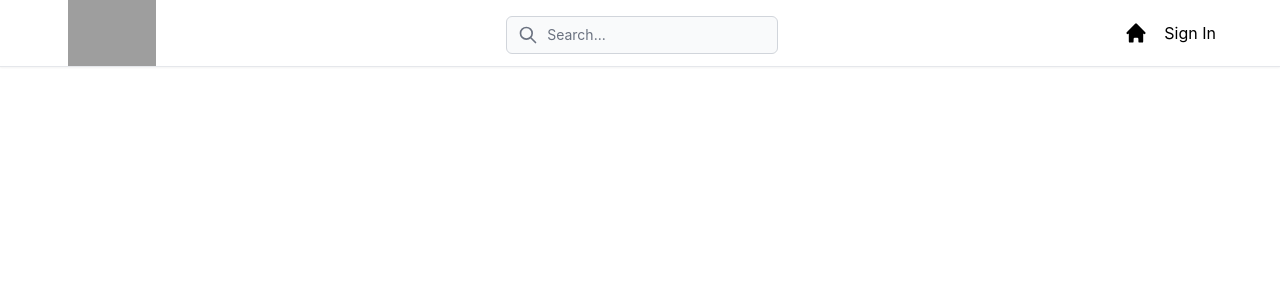
Repository: Uu20/webp
Page: /auth/profile (app in final/)
An editor plug-in stored every save of this project. The page is shown before and after the next save, followed by the edit.
The browser window is 1280 px wide. The pictures show the whole page.
Pictures or frames that could not be fetched are drawn as grey boxes. The page's requests for data from a server got no answer. The project was rebuilt for these pictures with package versions that can differ from the ones it lists, and the page was loaded fresh each time. The framework's server and built-in components were replaced by stand-ins that run in the browser. No one was signed in, and anything a server would have sent is missing. Also part of the build but not shown: final/next.config.js.

Above is the page before, as saved 2022-06-22 14:06:34.

### final/pages/_app.js
import "../styles/globals.css";
import { SessionProvider } from "next-auth/react";
import { RecoilRoot } from "recoil";


function MyApp({ Component, pageProps: { session, ...pageProps } }) {
  return (
    <SessionProvider session={session}>
      <RecoilRoot>
        <Component {...pageProps} />
      </RecoilRoot>
    </SessionProvider>
  );
}

export default MyApp;

### final/pages/auth/profile.js
import { useSession } from "next-auth/react";
import React, { useState } from "react";
import Header from "../../components/Header";

function Profile() {
  const { data: session } = useSession();

  console.log(session);

  return (
    <>
      <Header />
      <div className="relative mt-1 p-3 rounded-md">
        <img className="rounded-full" src={session?.user?.image} alt="" />
        <div className="items-center">
          <h2 className="font-bold text-lg">{session?.user?.username}</h2>
          <h3 className="text-sm text-gray-400">{session?.user?.email}</h3>
        </div>
      </div>
      <div className="items-center">
        <div className=" p-3">
          {/* <p>0 followers</p>
          <p>0 following</p> */}
        </div>
      </div>
    </>
  );
}

export default Profile;

### final/styles/globals.css
@tailwind base;
@tailwind components;
@tailwind utilities;

html,
body {
  padding: 0;
  margin: 0;
  font-family: -apple-system, BlinkMacSystemFont, Segoe UI, Roboto, Oxygen,
    Ubuntu, Cantarell, Fira Sans, Droid Sans, Helvetica Neue, sans-serif;
}

a {
  color: inherit;
  text-decoration: none;
}

* {
  box-sizing: border-box;
}

@layer components{
  .navBtn{
    @apply hidden h-6 md:inline-flex
    cursor-pointer hover:scale-125
    transition-all duration-150 ease-out;
  }

  .btn{
    @apply h-7 hover:scale-125 cursor-pointer
    transition-all duration-150 ease-out;
  }
}

### final/components/Header.js
import React from "react";
import Image from "next/image";
import {
  SearchIcon,
  PlusCircleIcon,
  UserGroupIcon,
  HeartIcon,
  PaperAirplaneIcon,
  MenuIcon,
} from "@heroicons/react/outline";
import { HomeIcon } from "@heroicons/react/solid";
import { useSession } from "next-auth/react";
import { signIn } from "next-auth/react";
import { useRouter } from "next/router";
import { useRecoilState } from "recoil";
import { modalState } from "../atoms/modalAtoms";

function Header() {
  const { data: session } = useSession();
  const [open, setOpen] = useRecoilState(modalState);
  const router = useRouter();

  return (
    <div className="shadow-sm border-b bg-white sticky top-0 z-50">
      <div
        onClick={() => router.push("/")}
        className="flex justify-between max-w-6xl mx-5 lg:mx-auto"
      >
        {/* Left */}
        <div
          className="relative hidden lg:inline-grid w-24
        cursor-pointer"
        >
          <Image
            src="https://links.papareact.com/ocw"
            layout="fill"
            objectFit="contain"
          />
        </div>

        <div
          onClick={() => router.push("/")}
          className="relative w-10 lg:hidden flex-shrink-0
        cursor-pointer"
        >
          <Image
            src="https://links.papareact.com/jjm"
            layout="fill"
            objectFit="contain"
          />
        </div>
        {/* Middle Search input field */}
        <div className="max-w-xs">
          <div className="relative mt-1 p-3 rounded-md">
            <div
              className="absolute inset-y-0 pl-3 flex
                items-center pointer-events-none"
            >
              <SearchIcon className="h-5 w-5 text-gray-500" />
            </div>
            <input
              className="bg-gray-50 block w-full pl-10 sm:text-sm border-gray-300 rounded-md focus:ring-black focus:border-black"
              type="text"
              placeholder="Search..."
            />
          </div>
        </div>
        {/* Right */}
        <div className="flex items-center justify-end space-x-4">
          <HomeIcon
            onClick={() => router.push("/")}
            className="hidden h-6 md:inline-flex cursor-pointer
        hover:scale-125 transition-all duration-150 ease-out"
          />
          <MenuIcon className="h-6 md:hidden cursor-pointer" />

          {session ? (
            <>
              <div
                className="relative hidden h-6 md:inline-flex cursor-pointer
        hover:scale-125 transition-all duration-150 ease-out"
              >
                <PaperAirplaneIcon
                  className="hidden h-6 md:inline-flex cursor-pointer
        hover:scale-125 transition-all duration-150 ease-out rotate-45"
                />
              </div>

              <PlusCircleIcon
                onClick={() => setOpen(true)}
                className="hidden h-6 md:inline-flex cursor-pointer
        hover:scale-125 transition-all duration-150 ease-out"
              />
              <UserGroupIcon
                className="hidden h-6 md:inline-flex cursor-pointer
        hover:scale-125 transition-all duration-150 ease-out"
              />
              <HeartIcon
                className="hidden h-6 md:inline-flex cursor-pointer
        hover:scale-125 transition-all duration-150 ease-out"
              />

              <img
                onClick={() => router.push("/auth/profile")}
                src={session.user.image}
                alt="profile pic"
                className="h-10 w-10 rounded-full cursor-pointer"
              />
            </>
          ) : (
            <button onClick={signIn}>Sign In</button>
          )}
        </div>
      </div>
    </div>
  );
}

export default Header;

### final/atoms/modalAtoms.js
import {atom} from "recoil"

export const modalState =atom({
    key:"modalState",
    default:false,
});

### final/tailwind.config.js
/** @type {import('tailwindcss').Config} */
module.exports = {
  content: [
    "./pages/**/*.{js,ts,jsx,tsx}",
    "./components/**/*.{js,ts,jsx,tsx}",
  ],
  theme: {
    extend: {},
  },
  plugins: [require("@tailwindcss/forms"),
  require("tailwind-scrollbar"),
  require("tailwind-scrollbar-hide")],
}

After the next save:
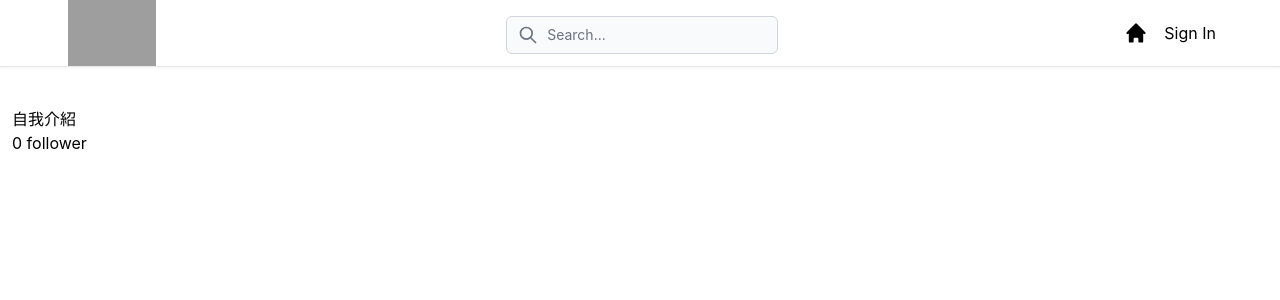
Saved 2 min 58 s later.
--- a/final/pages/auth/profile.js
+++ b/final/pages/auth/profile.js
@@ -19,8 +19,8 @@
       </div>
       <div className="items-center">
         <div className=" p-3">
-          {/* <p>0 followers</p>
-          <p>0 following</p> */}
+          <p>自我介紹</p>
+          <p>0 follower</p>
         </div>
       </div>
     </>
